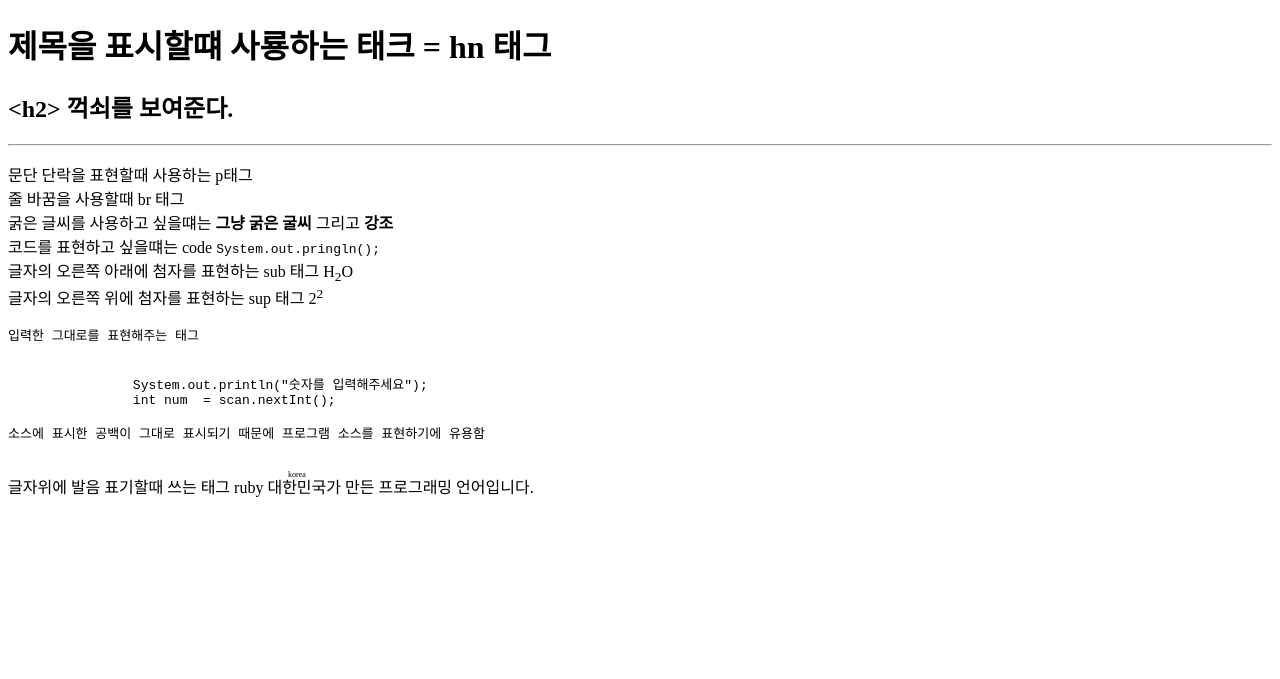
Repository: jaehyeon0418/workspace123
Page: w1024/src/main/webapp/w1024_01.html
The author's editor kept a copy of each file at every save. The page is drawn from the files as they stood at one save, then again after the next save.
The browser window is 1280 px wide. The pictures show the whole page.

Above is the page before, as saved 2022-10-24 01:40:45.

After the next save:
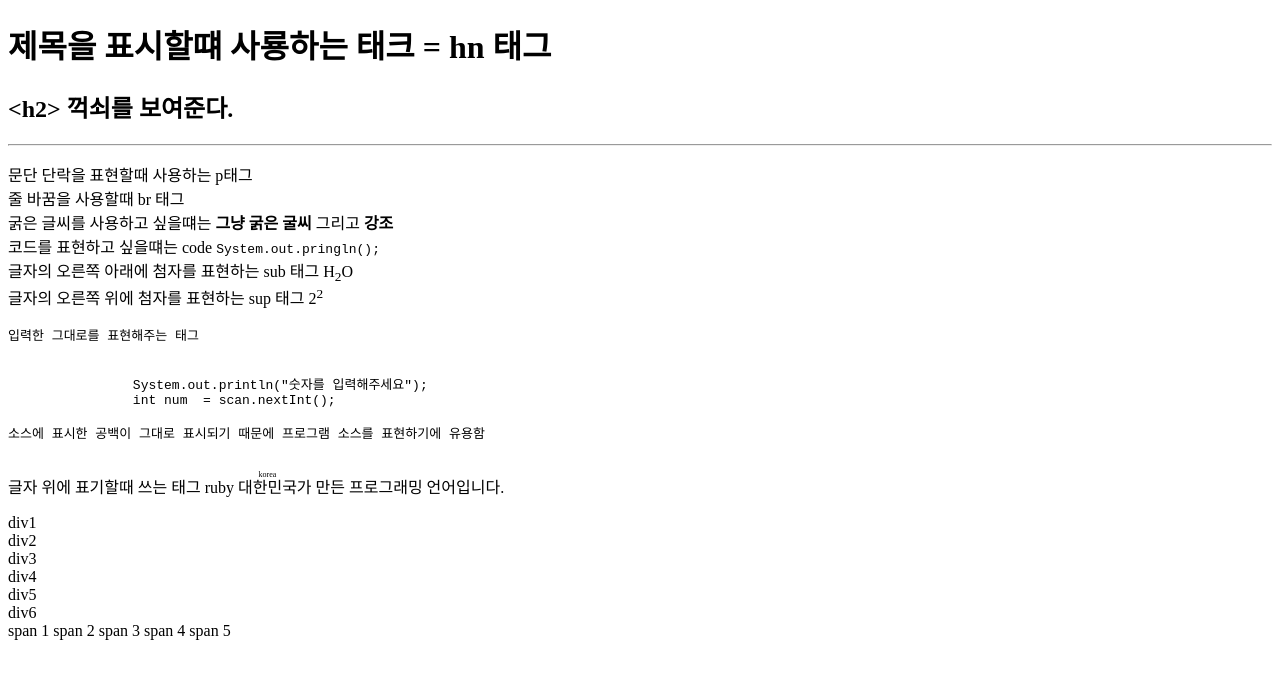
Saved 103 s later.
--- a/w1024/src/main/webapp/w1024_01.html
+++ b/w1024/src/main/webapp/w1024_01.html
@@ -36,7 +36,28 @@
 </pre>
 
 
-글자위에 발음 표기할때 쓰는 태그 ruby <ruby>대한민국<rt>korea</rt></ruby>가 만든 프로그래밍 언어입니다.</p>
+글자 위에 표기할때 쓰는 태그 ruby <ruby>대한민국<rt>korea</rt></ruby>가 만든 프로그래밍 언어입니다.</p>
+
+
+<!-- 영역을 묶어주는 태그 div, sapn
+div 태그는 블록으로 묶어주고
+span 줄 안에서 (인라인) 묶어주게 됩니다. -->
+
+<div> div1</div>
+<div> div2</div>
+<div> div3</div>
+<div> div4</div>
+<div> div5</div>
+<div> div6</div>
+
+<span> span 1</span>
+<span> span 2</span>
+<span> span 3</span>
+<span> span 4</span>
+<span> span 5</span>
+
+
+
 
 
 </body>
